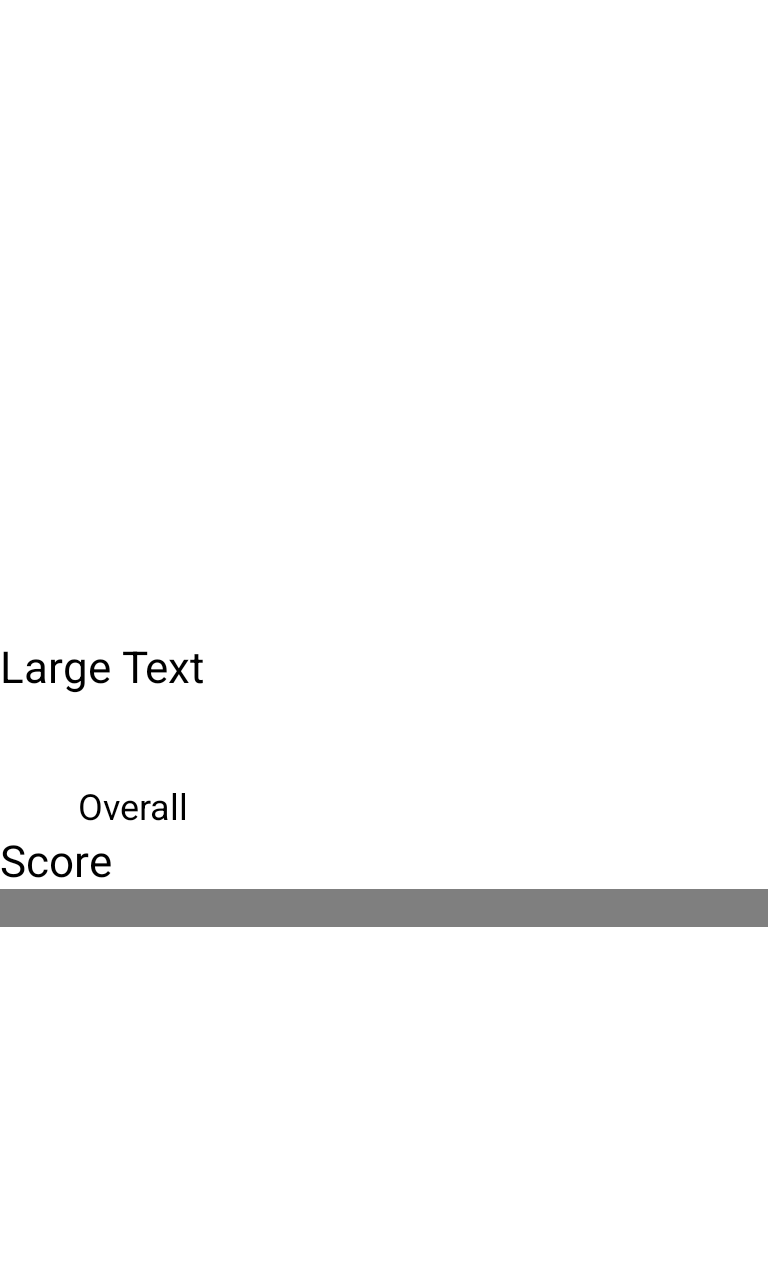
Repository: colincove/CreativeCritic
Layout: workspace/CreativeCritic/res/layout/activity_category_screen.xml
These files come from the project's save history. The layout is drawn as it stood at one moment and after the next save; the edit follows.
Pictures or frames that could not be fetched are drawn as grey boxes. It is drawn on a 768 x 1280 px phone screen (xhdpi) without system bars, with theme AppTheme; the app's code is not run.

Above is the layout before, as saved 2013-11-28 07:30:10.

After the next save:
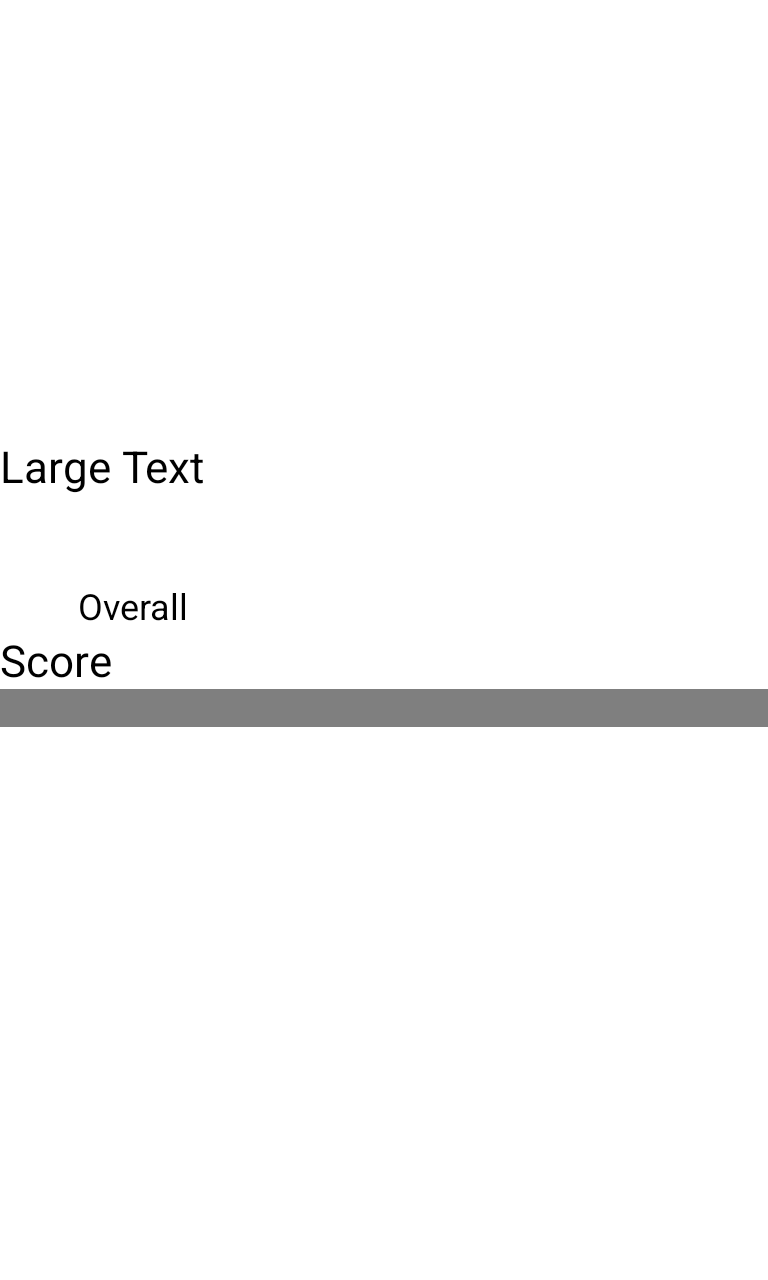
Saved 20 s later.
--- a/workspace/CreativeCritic/res/layout/activity_category_screen.xml
+++ b/workspace/CreativeCritic/res/layout/activity_category_screen.xml
@@ -8,7 +8,7 @@
     android:orientation="vertical" >
  <HorizontalScrollView
             android:layout_width="match_parent"
-            android:layout_height="300dp">
+            android:layout_height="200dp">
     <LinearLayout android:orientation="horizontal"
         android:id="@id/category_image_view"
         android:layout_height="match_parent"
